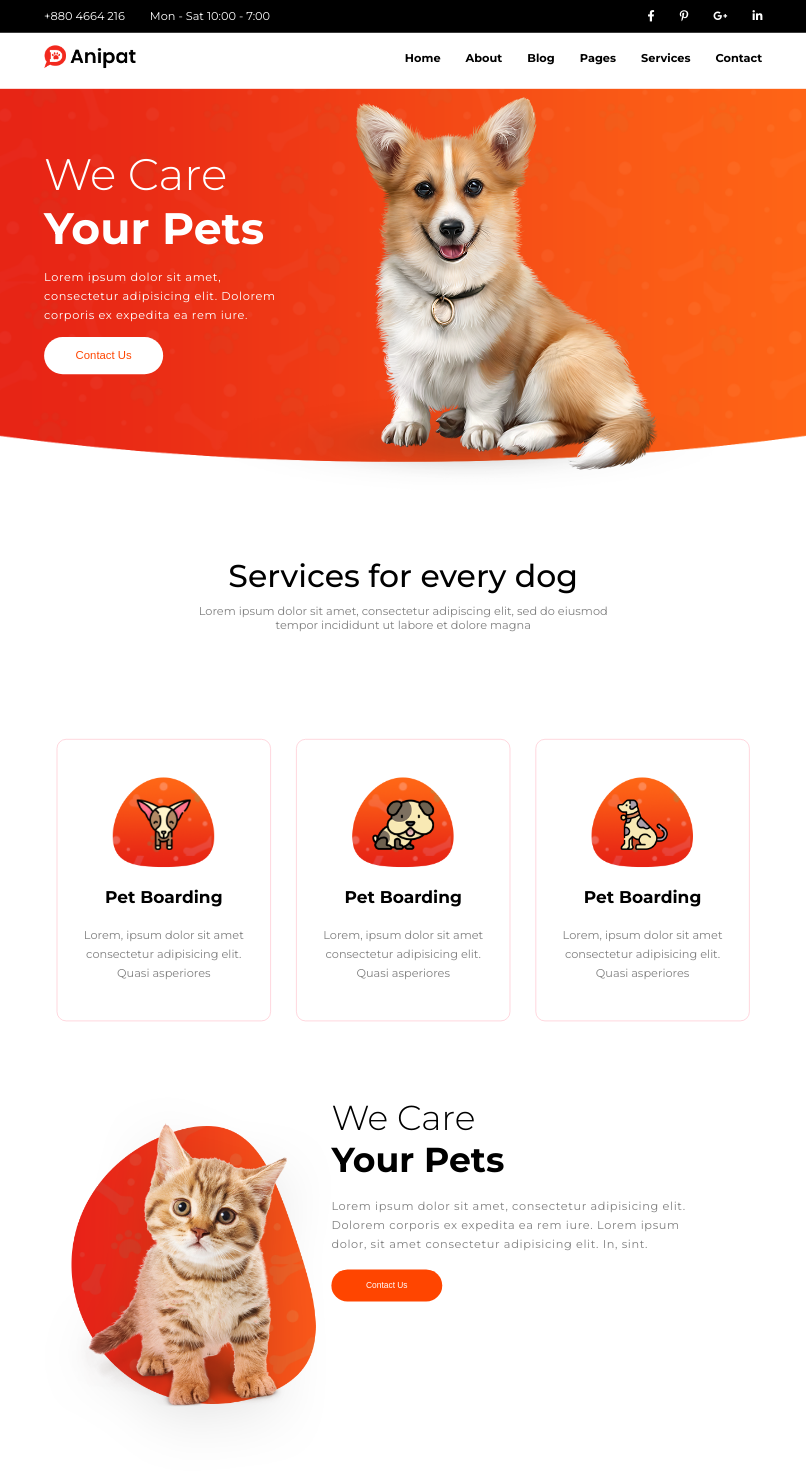
Repository: giahuy405/Day_2_Anipat
Page: index.html
These files come from the project's save history. The page is drawn as it stood at one moment and after the next save; the edit follows.
The browser window is 1280 px wide. The pictures show the whole page, at 63% of full size.

Above is the page before, as saved 2022-09-08 23:36:06.

After the next save:
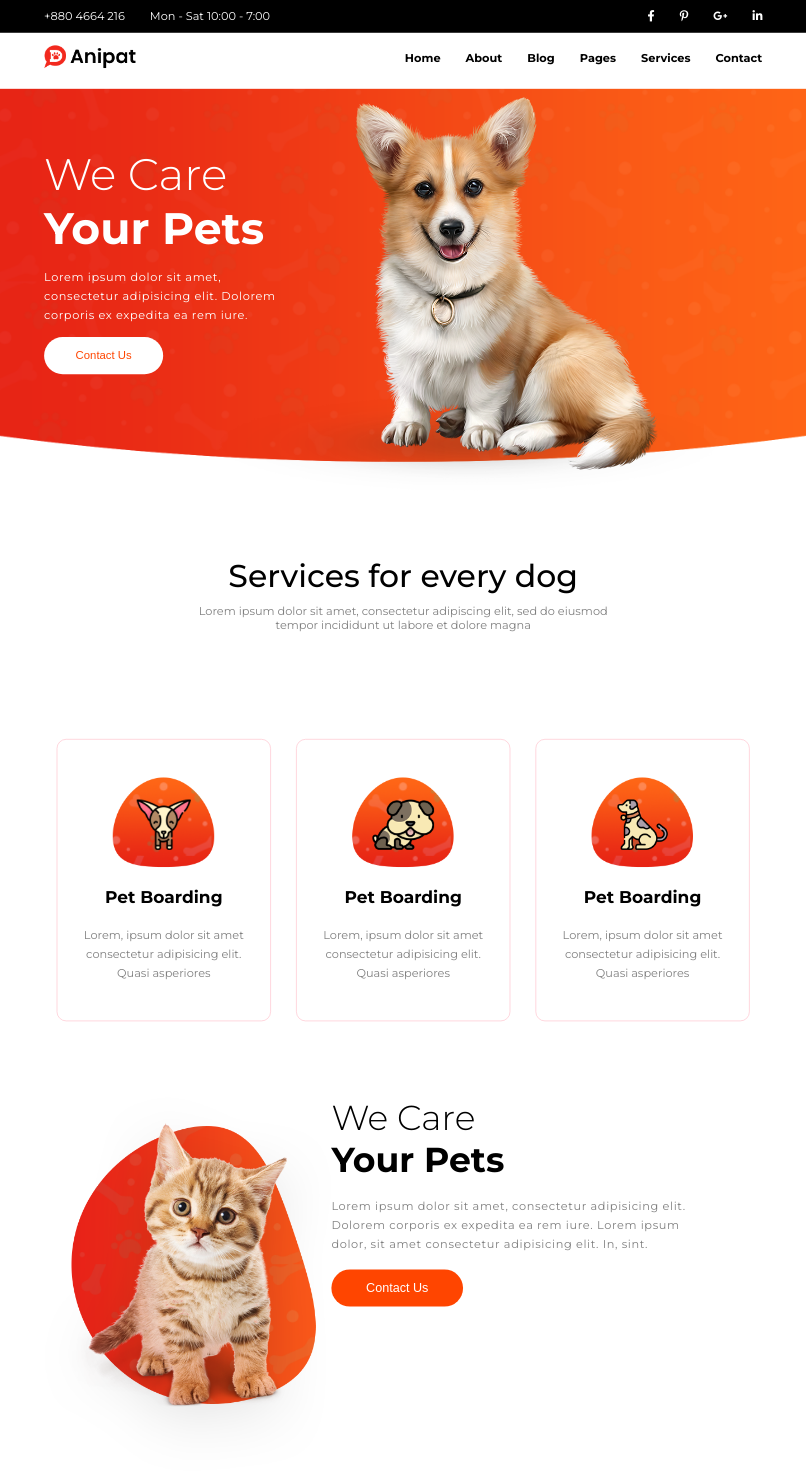
Saved 7 s later.
--- a/css/index.css
+++ b/css/index.css
@@ -200,5 +200,5 @@ html{
     border: none;
     background-color: orangered;
     color: white;
-    font: 20px;
-}
+    font-size: 20px;
+}
